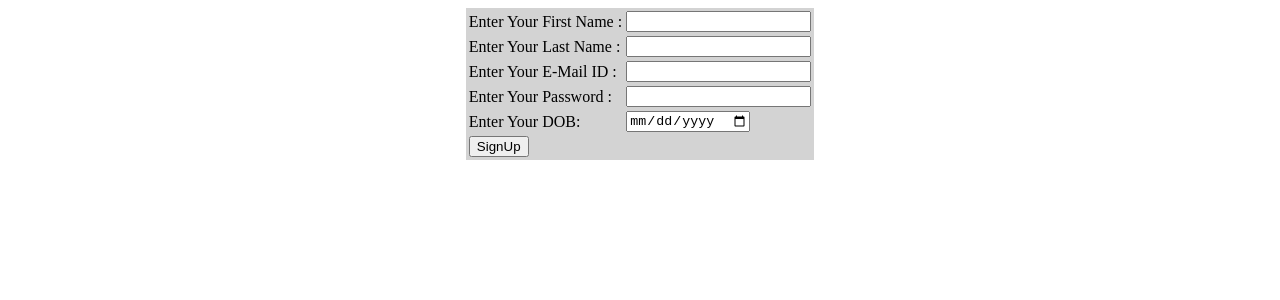
Repository: DAC-Sept2022-SagarPokale-70466/05_J2EE
Page: Day_03/src/main/webapp/register.html
An editor plug-in stored every save of this project. The page is shown before and after the next save, followed by the edit.
The browser window is 1280 px wide. The pictures show the whole page.

Above is the page before, as saved 2022-11-24 16:36:57.

After the next save:
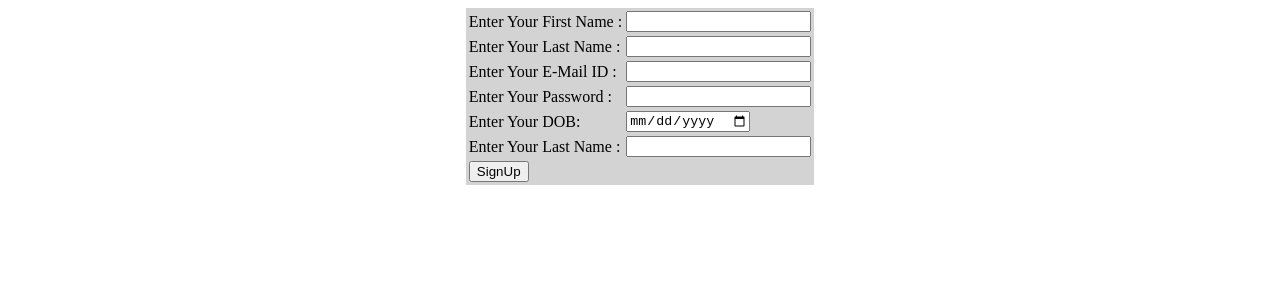
Saved 9 s later.
--- a/Day_03/src/main/webapp/register.html
+++ b/Day_03/src/main/webapp/register.html
@@ -34,6 +34,10 @@
 				<td><input type="date" name="dob" /></td>
 			</tr>
 
+			<tr>
+				<td>Enter Your Last Name :</td>
+				<td><input type="text" name="lname" /></td>
+			</tr>
 
 			<tr>
 				<td><input type="submit" value="SignUp" /></td>
